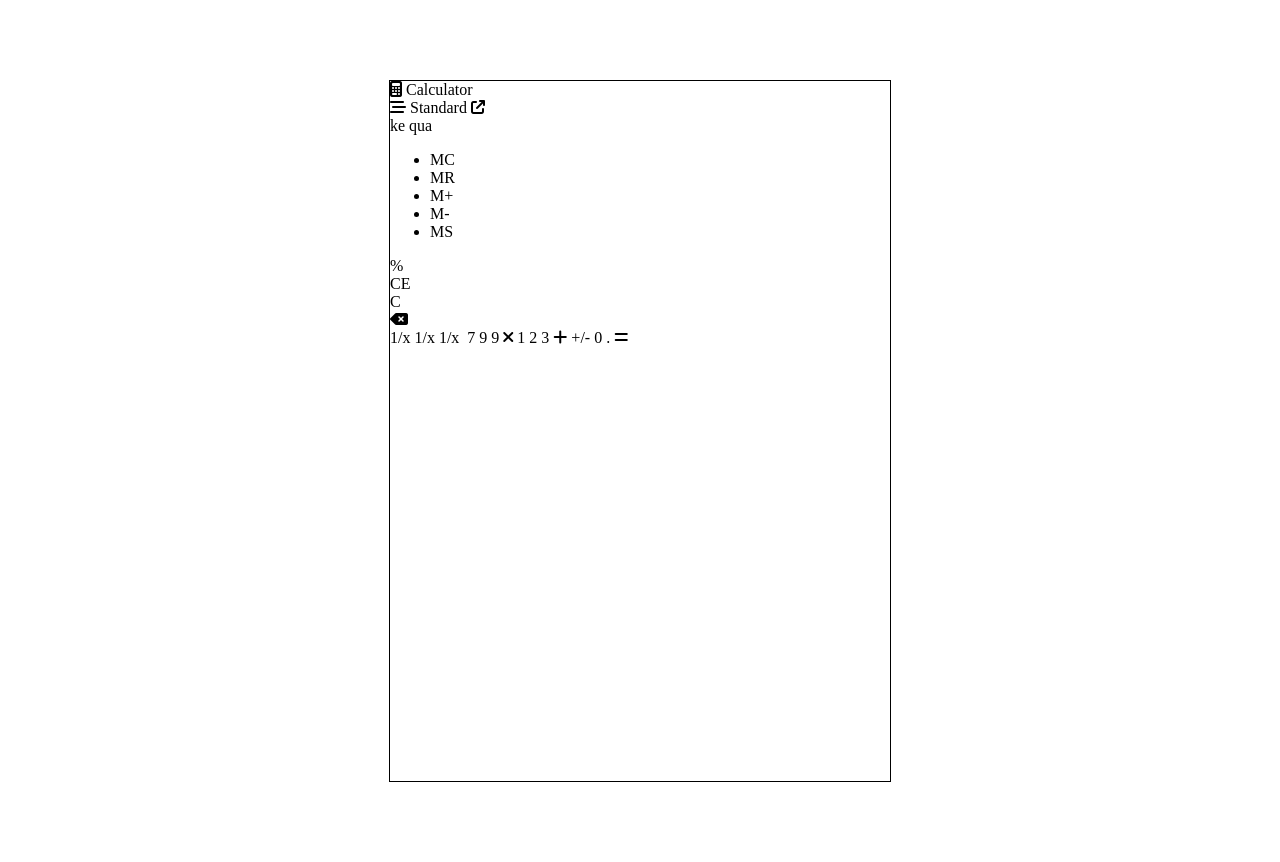
Repository: tungts3qb/Javascript
Page: Calculator/Calculator.html
The author's editor kept a copy of each file at every save. The page is drawn from the files as they stood at one save, then again after the next save.
The browser window is 1280 px wide. The pictures show the whole page.

Above is the page before, as saved 2022-12-26 10:34:37.

### Calculator/Calculator.html
<!DOCTYPE html>
<html lang="en">
  <head>
    <meta charset="UTF-8" />
    <meta http-equiv="X-UA-Compatible" content="IE=edge" />
    <meta name="viewport" content="width=device-width, initial-scale=1.0" />
    <link rel="stylesheet" href="./style.css" />
    <link
      rel="stylesheet"
      href="https://cdnjs.cloudflare.com/ajax/libs/font-awesome/6.2.1/css/all.min.css"
      integrity="sha512-MV7K8+y+gLIBoVD59lQIYicR65iaqukzvf/nwasF0nqhPay5w/9lJmVM2hMDcnK1OnMGCdVK+iQrJ7lzPJQd1w=="
      crossorigin="anonymous"
      referrerpolicy="no-referrer"
    />
    <title>Calculator</title>
  </head>
  <body>
    <div class="calculator">
      <div class="calculator-header">
        <i class="fa-solid fa-calculator"></i>
        <span>Calculator</span>
      </div>
      <div class="calculator-nav">
        <i class="fa-solid fa-bars-staggered"></i>
        <span>Standard</span>
        <i class="fa-solid fa-arrow-up-right-from-square"></i>
      </div>
      <div class="caculator-result">ke qua</div>
      <div class="calculator-special-function">
        <ul>
          <li>MC</li>
          <li>MR</li>
          <li>M+</li>
          <li>M-</li>
          <li>MS</li>
        </ul>
      </div>
      <div class="calculator-buttons">
        <div class="calculator-button">%</div>
        <div class="calculator-button">CE</div>
        <div class="calculator-button">C</div>
        <div class="calculator-button">
          <i class="fa-solid fa-delete-left"></i>
        </div>
        <buttom class="calculator-button">1/x</buttom>
        <buttom class="calculator-button">1/x</buttom>
        <buttom class="calculator-button">1/x</buttom>
        <buttom class="calculator-button"
          ><i class="fas fa-buttomide"></i
        ></buttom>
        <buttom class="calculator-button">7</buttom>
        <buttom class="calculator-button">9</buttom>
        <buttom class="calculator-button">9</buttom>
        <buttom class="calculator-button"><i class="fas fa-times"></i></buttom>
        <buttom class="calculator-button">1</buttom>
        <buttom class="calculator-button">2</buttom>
        <buttom class="calculator-button">3</buttom>
        <buttom class="calculator-button"><i class="fas fa-plus"></i></buttom>
        <buttom class="calculator-button">+/-</buttom>
        <buttom class="calculator-button">0</buttom>
        <buttom class="calculator-button">.</buttom>
        <buttom class="calculator-button"><i class="fas fa-equals"></i></buttom>
      </div>
    </div>
    <script src="./script.js"></script>
  </body>
</html>

### Calculator/style.css
.calculator {
  width: 500px;
  height: 700px;
  border: 1px solid black;
  margin: 5rem auto;
}

Loaded but not shown: Calculator/script.js (no stored copy; drawn as an empty file)

After the next save:
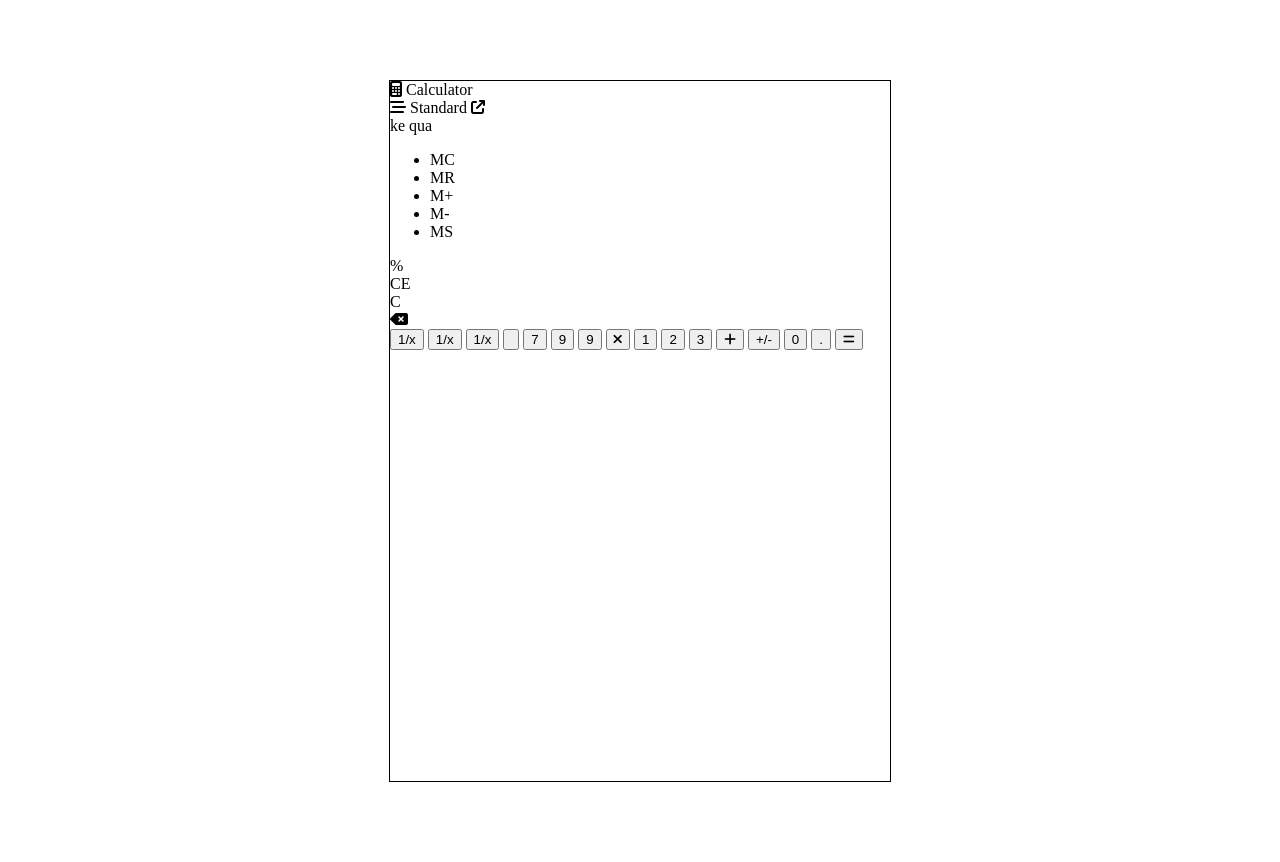
Saved 13 s later.
--- a/Calculator/Calculator.html
+++ b/Calculator/Calculator.html
@@ -42,24 +42,24 @@
         <div class="calculator-button">
           <i class="fa-solid fa-delete-left"></i>
         </div>
-        <buttom class="calculator-button">1/x</buttom>
-        <buttom class="calculator-button">1/x</buttom>
-        <buttom class="calculator-button">1/x</buttom>
-        <buttom class="calculator-button"
-          ><i class="fas fa-buttomide"></i
-        ></buttom>
-        <buttom class="calculator-button">7</buttom>
-        <buttom class="calculator-button">9</buttom>
-        <buttom class="calculator-button">9</buttom>
-        <buttom class="calculator-button"><i class="fas fa-times"></i></buttom>
-        <buttom class="calculator-button">1</buttom>
-        <buttom class="calculator-button">2</buttom>
-        <buttom class="calculator-button">3</buttom>
-        <buttom class="calculator-button"><i class="fas fa-plus"></i></buttom>
-        <buttom class="calculator-button">+/-</buttom>
-        <buttom class="calculator-button">0</buttom>
-        <buttom class="calculator-button">.</buttom>
-        <buttom class="calculator-button"><i class="fas fa-equals"></i></buttom>
+        <button class="calculator-button">1/x</button>
+        <button class="calculator-button">1/x</button>
+        <button class="calculator-button">1/x</button>
+        <button class="calculator-button">
+          <i class="fas fa-buttonide"></i>
+        </button>
+        <button class="calculator-button">7</button>
+        <button class="calculator-button">9</button>
+        <button class="calculator-button">9</button>
+        <button class="calculator-button"><i class="fas fa-times"></i></button>
+        <button class="calculator-button">1</button>
+        <button class="calculator-button">2</button>
+        <button class="calculator-button">3</button>
+        <button class="calculator-button"><i class="fas fa-plus"></i></button>
+        <button class="calculator-button">+/-</button>
+        <button class="calculator-button">0</button>
+        <button class="calculator-button">.</button>
+        <button class="calculator-button"><i class="fas fa-equals"></i></button>
       </div>
     </div>
     <script src="./script.js"></script>
